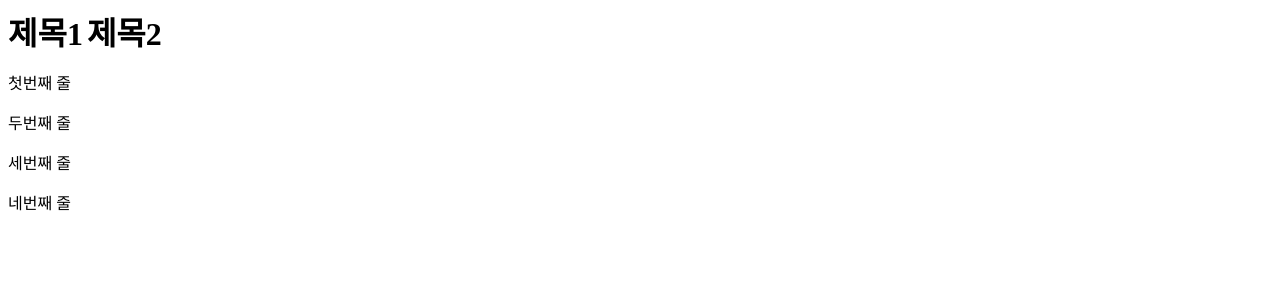
Repository: younseochoi/AI_PLATFORM
Page: my_code/03_web/html/src/main/webapp/css/size.html
These files come from the project's save history. The page is drawn as it stood at one moment and after the next save; the edit follows.
The browser window is 1280 px wide. The pictures show the whole page.

Above is the page before, as saved 2022-07-25 04:11:08.

After the next save:
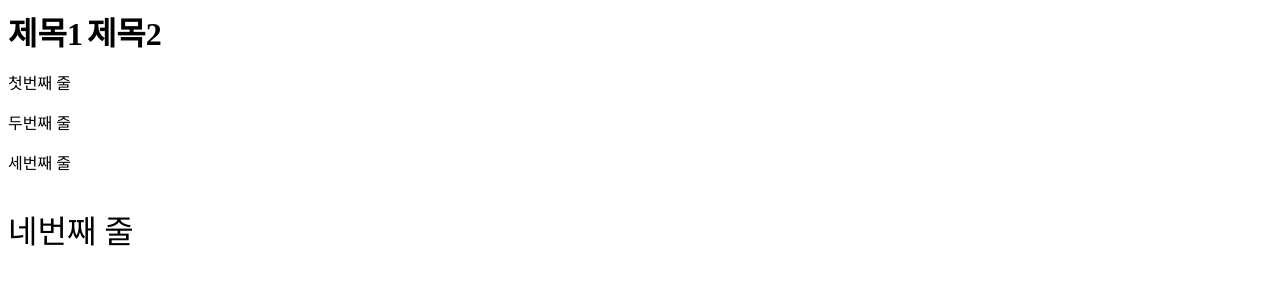
Saved 16 s later.
--- a/my_code/03_web/html/src/main/webapp/css/size.html
+++ b/my_code/03_web/html/src/main/webapp/css/size.html
@@ -5,7 +5,7 @@
 <title>Insert title here</title>
 <style>
 	h1{display: inline;}
-	p:last_child{ font-size:32px;}
+	p:last-child{ font-size:32px;}
 </style>
 </head>
 <body>

After the save that followed:
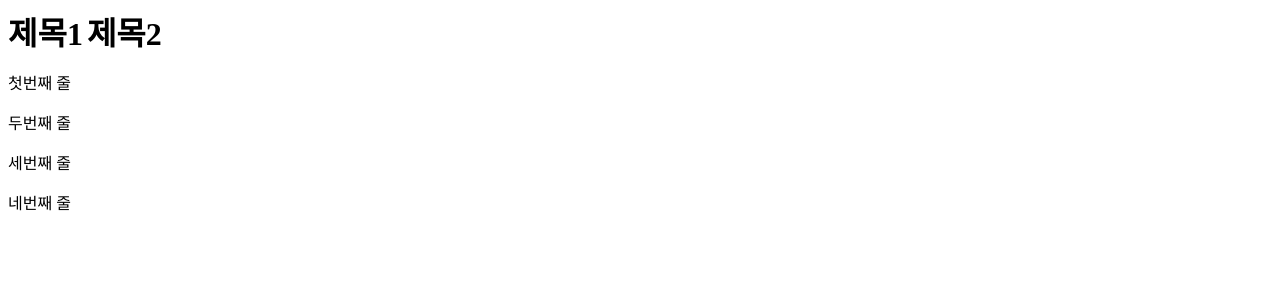
Saved 6 s later.
--- a/my_code/03_web/html/src/main/webapp/css/size.html
+++ b/my_code/03_web/html/src/main/webapp/css/size.html
@@ -5,7 +5,7 @@
 <title>Insert title here</title>
 <style>
 	h1{display: inline;}
-	p:last-child{ font-size:32px;}
+	p:last-schild{ font-size:32px;}
 </style>
 </head>
 <body>
